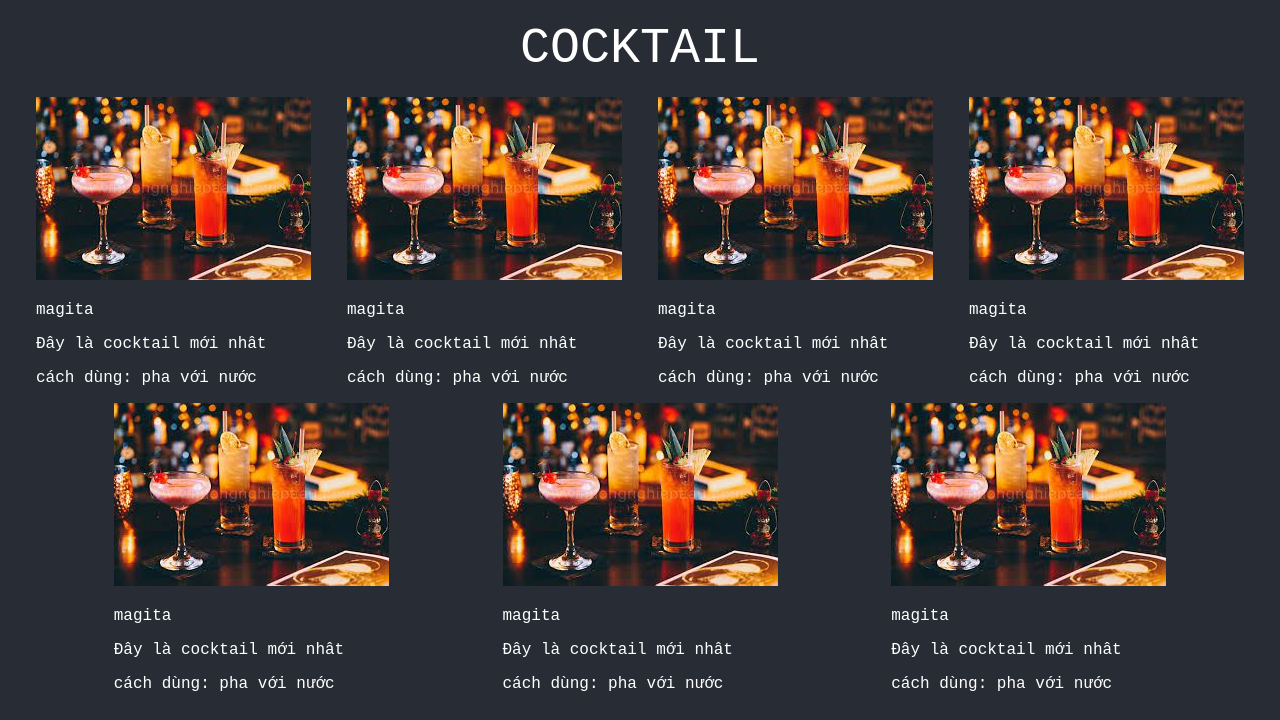
Repository: phunobi1807/coctails
Page: /
These files come from the project's save history. The page is drawn as it stood at one moment and after the next save; the edit follows.
The browser window is 1280 px wide. The pictures show the whole page.
The project was rebuilt for these pictures with package versions that can differ from the ones it lists, and the page was loaded fresh each time.

Above is the page before, as saved 2021-09-25 12:59:20.

### src/App.js
import React from 'react';
import './App.scss';
import  ListCocktails from "./components/ListCocktails"

function App() {
  return (
    <div className="App">
        <header><span>C</span>OCKTAIL</header>
        <ListCocktails />
    </div>
  );
}

export default App;

### src/App.scss
* {
  background-color: #282c34;
  color: white;
  font-family: 'Courier New', Courier, monospace, sans-serif;
}
.App
{
  header
  {
    font-size: 50px;
    text-align: center;
    margin: 20px 0;
  }
}

### src/components/ListCocktails.scss
.container
{
    display: flex;
    justify-content: space-evenly;
    flex-wrap: wrap;

}

Loaded but not shown: public/index.html (common file); src/index.js (common file); src/index.css (common file); src/reportWebVitals.js (common file); src/components/ListCocktails.js (library)

After the next save:
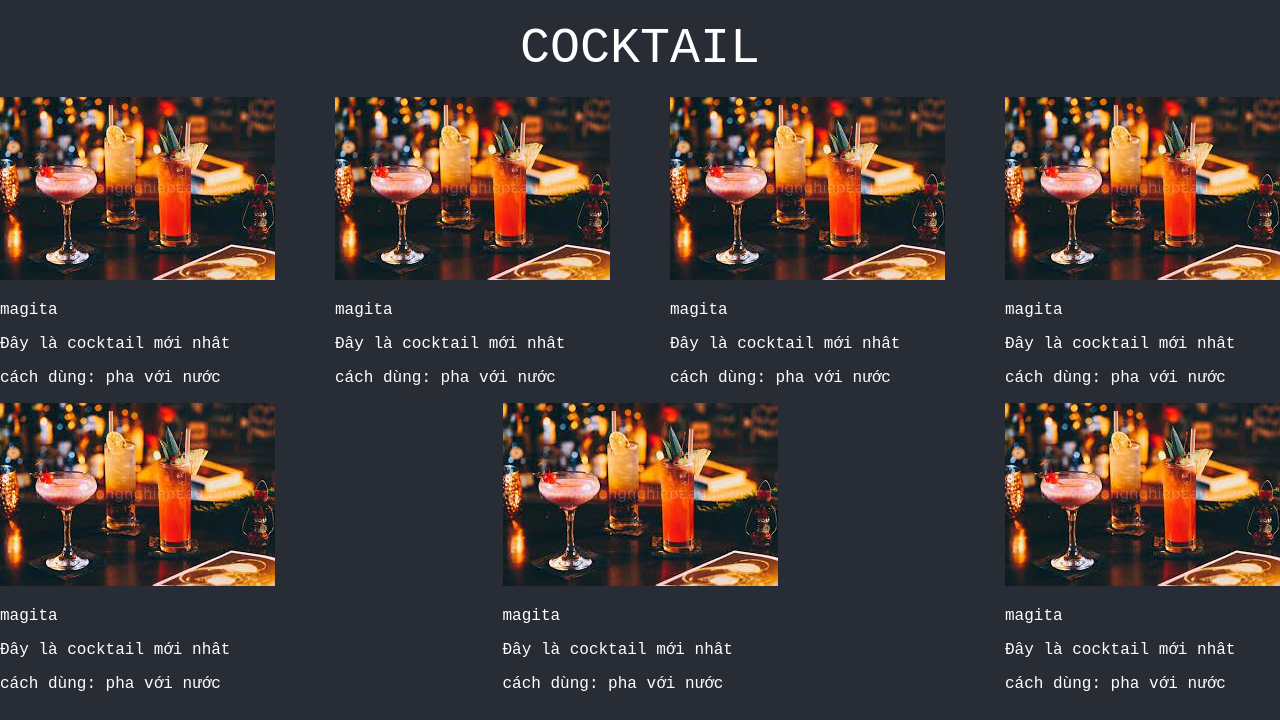
Saved 12 s later.
--- a/src/components/ListCocktails.scss
+++ b/src/components/ListCocktails.scss
@@ -1,7 +1,7 @@
 .container
 {
     display: flex;
-    justify-content: space-evenly;
+    justify-content: space-between;
     flex-wrap: wrap;
 
 }
